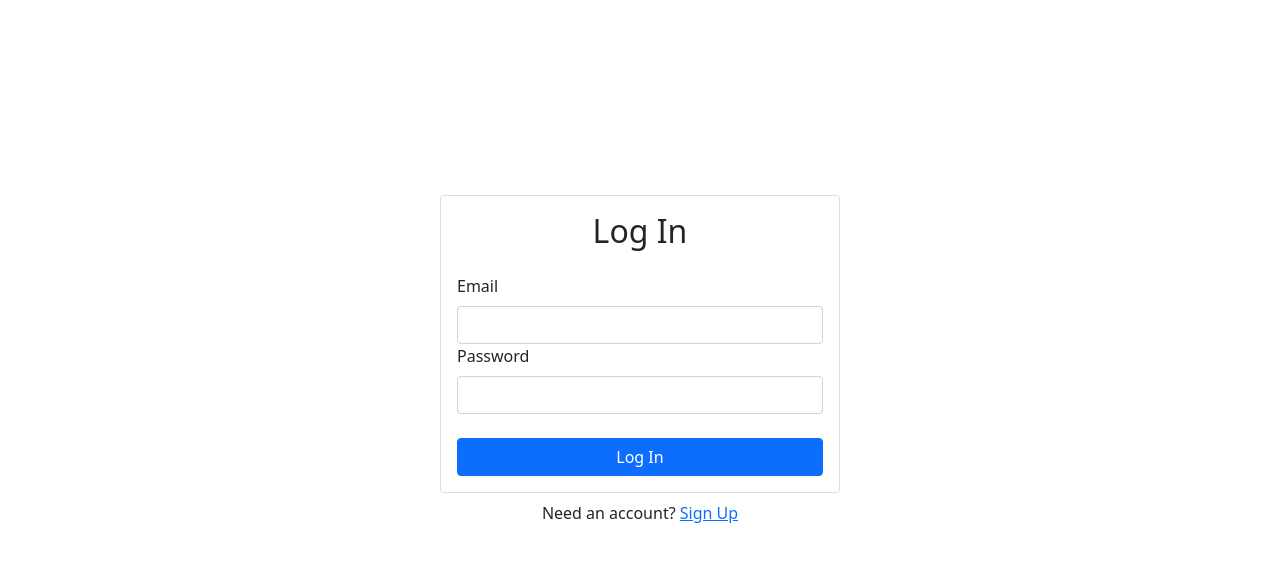
Repository: JaydenTianranYang/EsolApp
Page: /Homepage
These files come from the project's save history. The page is drawn as it stood at one moment and after the next save; the edit follows.
The browser window is 1280 px wide. The pictures show the whole page.
The project was rebuilt for these pictures with package versions that can differ from the ones it lists, and the page was loaded fresh each time. Also part of the build but not shown: src/components/Signup.js, src/components/App.css, src/components/Homepage.js, src/components/Dashboard.js.

Above is the page before, as saved 2022-04-08 18:00:44.

### src/index.js
import React from 'react';
import ReactDOM from 'react-dom';
import './index.css';
import App from './components/App';
import reportWebVitals from './reportWebVitals';
import "bootstrap/dist/css/bootstrap.min.css"

ReactDOM.render(
  <React.StrictMode>
    <App />
  </React.StrictMode>,
  document.getElementById('root')
);

// If you want to start measuring performance in your app, pass a function
// to log results (for example: reportWebVitals(console.log))
// or send to an analytics endpoint. Learn more: https://bit.ly/CRA-vitals
reportWebVitals();

### src/components/App.js
import React from 'react'
import Signup from './Signup'
import Homepage from './Homepage';
import Login from './Login';
import Dashboard from './Dashboard';
import PrivateRoute from './PrivateRoute';
import { Container } from 'react-bootstrap'
import { AuthProvider } from '../contexts/AuthContext';
import { BrowserRouter as Router, Switch, Route } from 'react-router-dom'

function App() {
  return (
    <Container className="d-flex align-items-center justify-content-center"
      style={{ minHeight: "100vh" }}
    >
      <div className="w-100" style={{ maxWidth: "400px" }}>
        <Router>
          <AuthProvider>
            <Switch>
              <PrivateRoute exact path="/Homepage" component={Homepage} />
              <Route path = "/signup" component={Signup} />
              <Route path = "/login" component={Login} />
              <Route path = "/dashboard" component={Dashboard} />
            </Switch>
          </AuthProvider>
        </Router>
      </div>
    </Container>
  )
}

export default App;

### src/components/Login.js
import React, { useRef, useState } from 'react'
import { Form, Button, Card, Alert } from 'react-bootstrap'
import { useAuth } from '../contexts/AuthContext'
import { Link, useHistory } from 'react-router-dom'

export default function Login() {
    const emailRef = useRef()
    const passwordRef = useRef()
    const { login } = useAuth()
    const [error, setError] = useState('')
    const [loading, setLoading] = useState(false)
    const history = useHistory()

    async function handleSubmit(e) {
        e.preventDefault()

        try{
            setError('')
            setLoading(true)
            await login(emailRef.current.value, passwordRef.current.value)
            history.push("/dashboard")
        } catch {
            setError('Failed to sign in')
        }
        setLoading(false)
    }

    return (
        <>
            <Card>
                <Card.Body>
                    <h2 className="text-center mb-4">Log In</h2>
                    {error && <Alert varaint="danger">{error}</Alert>}
                    <Form onSubmit={handleSubmit}>
                        <Form.Group id="email">
                            <Form.Label>Email</Form.Label>
                            <Form.Control type="email" ref={emailRef} required />
                        </Form.Group>
                        <Form.Group id="password">
                            <Form.Label>Password</Form.Label>
                            <Form.Control type="password" ref={passwordRef} required />
                        </Form.Group>
                        <Button disabled={loading} className="w-100 mt-4" type="submit">Log In</Button>
                    </Form>
                </Card.Body>
            </Card>
            <div className="w-100 text-center mt-2">
                Need an account? <Link to="/signup">Sign Up</Link>
            </div>
        </>
    )
}

### src/components/PrivateRoute.js
import React from 'react'
import { Route, Redirect } from 'react-router-dom'
import { useAuth } from '../contexts/AuthContext'

export default function PrivateRoute({ component: Component, ...rest }) {

    const { currentUser } = useAuth()

    return (
        <Route
            {...rest}
            render={props => {
                return currentUser ? <Component {...props} /> : <Redirect
                to="/login" />
            }}
        >


        </Route>
    )
}

### src/contexts/AuthContext.js
import React, { useContext, useState, useEffect } from 'react'
import { auth } from '../firebase'

const AuthContext = React.createContext()

export function useAuth() {
    return useContext(AuthContext)
}

export function AuthProvider({ children }) {
    const [currentUser, setCurrentUser] = useState()
    const [loading, setLoading] = useState(true)

    function signup(email, password) {
        return auth.createUserWithEmailAndPassword(email, password)
    }

    function login(email, password) {
        return auth.signInWithEmailAndPassword(email, password)
    }

    function logout() {
        return auth.signOut()
    }

    useEffect(() => {
        const unsubscribe = auth.onAuthStateChanged(user => {
            setCurrentUser(user)
            setLoading(false)
        })

        return unsubscribe
    }, [])



    const value = {
        currentUser,
        signup,
        login,
        logout
    }

    return (
        <AuthContext.Provider value={value}>
            {!loading && children}
        </AuthContext.Provider>
    )
}

### src/firebase.js
import firebase from "firebase/compat/app"
import "firebase/compat/auth"

const app = firebase.initializeApp({
    apiKey: process.env.REACT_APP_FIREBASE_API_KEY,
    authDomain: process.env.REACT_APP_FIREBASE_AUTH_DOMAIN,
    projectId: process.env.REACT_APP_FIREBASE_PROJECT_ID,
    storageBucket: process.env.REACT_APP_FIREBASE_STORAGE_BUCKET,
    messagingSenderId: process.env.REACT_APP_FIREBASE_MESSAGING_SENDER_ID,
    appId: process.env.REACT_APP_FIREBASE_APP_ID
})

export const auth = app.auth()
export default app

Loaded but not shown: public/index.html (common file); src/index.css (common file); src/reportWebVitals.js (common file)

After the next save:
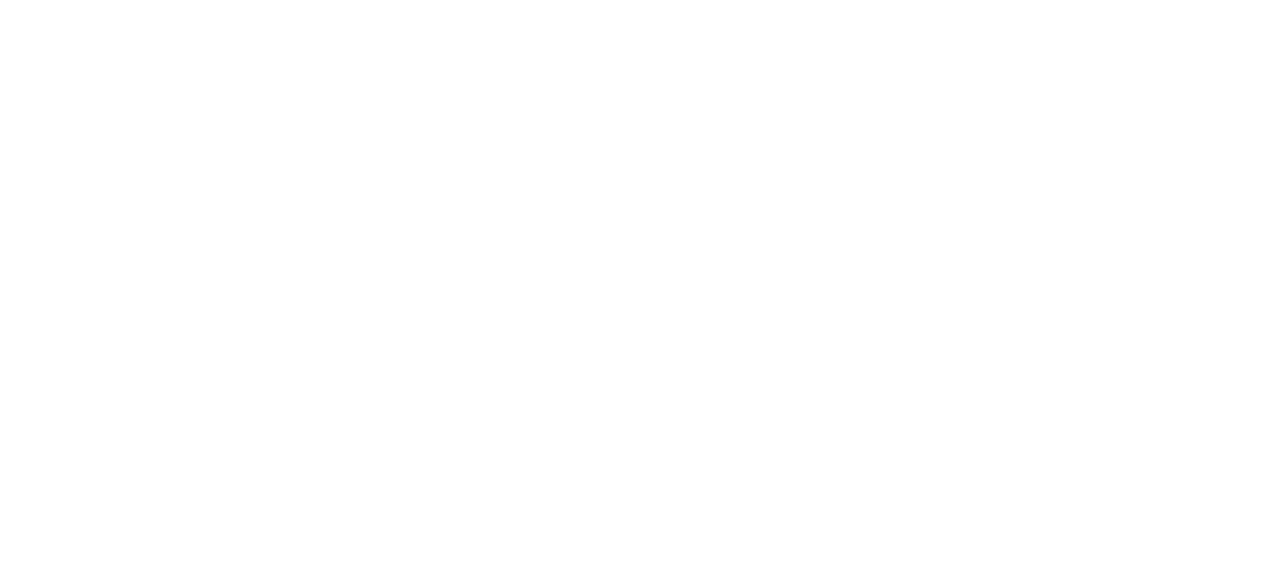
Saved 2 min 24 s later.
--- a/src/components/PrivateRoute.js
+++ b/src/components/PrivateRoute.js
@@ -11,7 +11,7 @@
             {...rest}
             render={props => {
                 return currentUser ? <Component {...props} /> : <Redirect
-                to="/login" />
+                to="/" />
             }}
         >
 

After the save that followed:
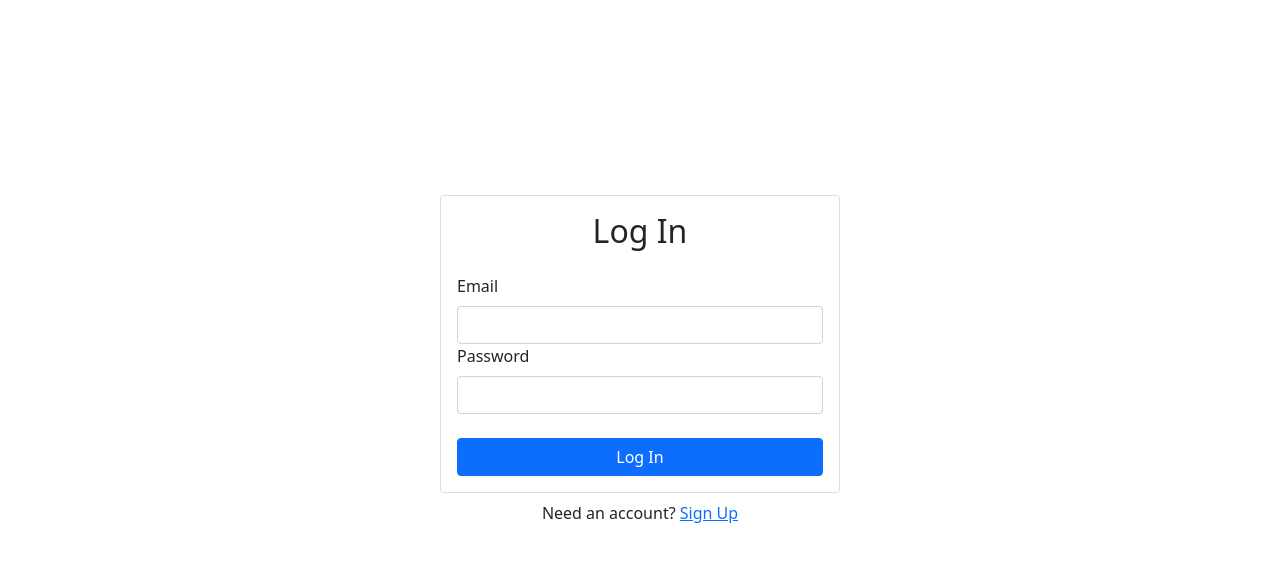
Saved 10 s later.
--- a/src/components/PrivateRoute.js
+++ b/src/components/PrivateRoute.js
@@ -11,7 +11,7 @@
             {...rest}
             render={props => {
                 return currentUser ? <Component {...props} /> : <Redirect
-                to="/" />
+                to="/login" />
             }}
         >
 
